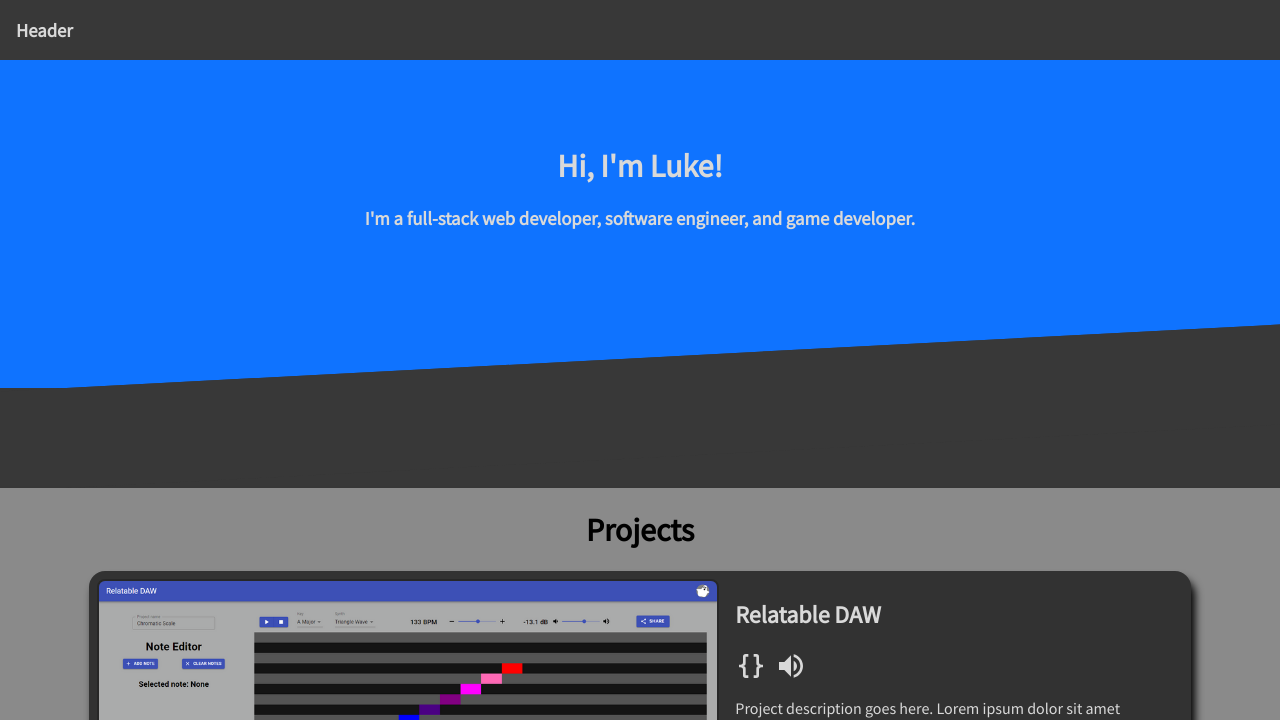
Repository: lbodwell/Personal-Website
Page: index.html
An editor plug-in stored every save of this project. The page is shown before and after the next save, followed by the edit.
The browser window is 1280 px wide. The pictures show the whole page.
An inner scrolling area shows only its first screen.

Above is the page before, as saved 2022-04-04 04:34:18.

### index.html
<!DOCTYPE html>
<html lang="en">
    <head>
        <meta charset="UTF-8">
        <meta http-equiv="X-UA-Compatible" content="IE=edge">
        <meta name="viewport" content="width=device-width, initial-scale=1.0">
        <title>Luke Bodwell</title>
        <script type="text/javascript" src="script.js" defer></script>
        <link rel="stylesheet" href="styles.css">
    </head>
    <body>
        <header>
            <h3>Header</h3>
        </header>
        <content>
            <div class="intro">
                <h1>Hi, I'm Luke!</h1>
                <h3>I'm a full-stack web developer, software engineer, and game developer.</h3>
            </div>

            <div class="projects-container">
                <h1>Projects</h1>
                <div class="projects">
                    <div class="project project-img-left">
                        <div class="project-image">
                            <img src="images/relatable-daw.png"></img>
                        </div>
                        <div class="project-info">
                            <div class="project-title">
                                <h2>Relatable DAW</h2>
                                <div class="project-types">
                                    <!-- Code icon -->
                                    <svg style="width:32px;height:32px" viewBox="0 0 24 24">
                                        <path fill="currentColor" d="M8,3A2,2 0 0,0 6,5V9A2,2 0 0,1 4,11H3V13H4A2,2 0 0,1 6,15V19A2,2 0 0,0 8,21H10V19H8V14A2,2 0 0,0 6,12A2,2 0 0,0 8,10V5H10V3M16,3A2,2 0 0,1 18,5V9A2,2 0 0,0 20,11H21V13H20A2,2 0 0,0 18,15V19A2,2 0 0,1 16,21H14V19H16V14A2,2 0 0,1 18,12A2,2 0 0,1 16,10V5H14V3H16Z" />
                                    </svg>
                                    <!-- Audio icon -->
                                    <svg style="width:32px;height:32px" viewBox="0 0 24 24">
                                        <path fill="currentColor" d="M14,3.23V5.29C16.89,6.15 19,8.83 19,12C19,15.17 16.89,17.84 14,18.7V20.77C18,19.86 21,16.28 21,12C21,7.72 18,4.14 14,3.23M16.5,12C16.5,10.23 15.5,8.71 14,7.97V16C15.5,15.29 16.5,13.76 16.5,12M3,9V15H7L12,20V4L7,9H3Z" />
                                    </svg>
                                </div>
                            </div>
                            <p>Project description goes here. Lorem ipsum dolor sit amet consectetur adipisicing elit. Maxime mollitia,
                                molestiae quas vel sint commodi repudiandae consequuntur voluptatum laborum
                                numquam blanditiis harum quisquam eius sed odit fugiat iusto fuga praesentium
                                optio, eaque rerum! Provident similique accusantium nemo autem.</p>
                            <div class="project-links">
                                <a class="btn" id="btn-demo-proj1" href="https://relatable-daw.com" target="_blank">Live Demo</a>
                                <a class="btn" id="btn-video-proj1" href="https://drive.google.com/file/d/1R21yoplPYTj6aw2hVH3COGZ260A-Z0TO/view" target="_blank">Video</a>
                                <a class="btn" id="btn-code-proj1" href="https://github.com/lbodwell/Relatable-DAW" target="_blank">Code</a>
                            </div>
                        </div>
                    </div>
                    <div class="project project-img-right">
                        <div class="project-info">
                            <div class="project-title">
                                <h2>GeoBlade</h2>
                                <div class="project-types">
                                    <!-- Code icon -->
                                    <svg style="width:32px;height:32px" viewBox="0 0 24 24">
                                        <path fill="currentColor" d="M8,3A2,2 0 0,0 6,5V9A2,2 0 0,1 4,11H3V13H4A2,2 0 0,1 6,15V19A2,2 0 0,0 8,21H10V19H8V14A2,2 0 0,0 6,12A2,2 0 0,0 8,10V5H10V3M16,3A2,2 0 0,1 18,5V9A2,2 0 0,0 20,11H21V13H20A2,2 0 0,0 18,15V19A2,2 0 0,1 16,21H14V19H16V14A2,2 0 0,1 18,12A2,2 0 0,1 16,10V5H14V3H16Z" />
                                    </svg>
                                    <!-- Game icon -->
                                    <svg style="width:32px;height:32px" viewBox="0 0 24 24">
                                        <path fill="currentColor" d="M7.97,16L5,19C4.67,19.3 4.23,19.5 3.75,19.5A1.75,1.75 0 0,1 2,17.75V17.5L3,10.12C3.21,7.81 5.14,6 7.5,6H16.5C18.86,6 20.79,7.81 21,10.12L22,17.5V17.75A1.75,1.75 0 0,1 20.25,19.5C19.77,19.5 19.33,19.3 19,19L16.03,16H7.97M7,8V10H5V11H7V13H8V11H10V10H8V8H7M16.5,8A0.75,0.75 0 0,0 15.75,8.75A0.75,0.75 0 0,0 16.5,9.5A0.75,0.75 0 0,0 17.25,8.75A0.75,0.75 0 0,0 16.5,8M14.75,9.75A0.75,0.75 0 0,0 14,10.5A0.75,0.75 0 0,0 14.75,11.25A0.75,0.75 0 0,0 15.5,10.5A0.75,0.75 0 0,0 14.75,9.75M18.25,9.75A0.75,0.75 0 0,0 17.5,10.5A0.75,0.75 0 0,0 18.25,11.25A0.75,0.75 0 0,0 19,10.5A0.75,0.75 0 0,0 18.25,9.75M16.5,11.5A0.75,0.75 0 0,0 15.75,12.25A0.75,0.75 0 0,0 16.5,13A0.75,0.75 0 0,0 17.25,12.25A0.75,0.75 0 0,0 16.5,11.5Z" />
                                    </svg>
                                    <!-- Audio icon -->
                                    <svg style="width:32px;height:32px" viewBox="0 0 24 24">
                                        <path fill="currentColor" d="M14,3.23V5.29C16.89,6.15 19,8.83 19,12C19,15.17 16.89,17.84 14,18.7V20.77C18,19.86 21,16.28 21,12C21,7.72 18,4.14 14,3.23M16.5,12C16.5,10.23 15.5,8.71 14,7.97V16C15.5,15.29 16.5,13.76 16.5,12M3,9V15H7L12,20V4L7,9H3Z" />
                                    </svg>
                                </div>
                            </div>
                            <p>Project description goes here. Lorem ipsum dolor sit amet consectetur adipisicing elit. Maxime mollitia,
                                molestiae quas vel sint commodi repudiandae consequuntur voluptatum laborum
                                numquam blanditiis harum quisquam eius sed odit fugiat iusto fuga praesentium
                                optio, eaque rerum! Provident similique accusantium nemo autem.</h>
                            <div class="project-links">
                                <button id="btn-download-proj2">Download</button>
                                <button id="btn-video-proj2">Video</button>
                                <button id="btn-code-proj2">Code</button>
                            </div>
                        </div>
                        <div class="project-image">
                            <img src="images/relatable-daw.png"></img>
                        </div>
                    </div>
                    <div class="project project-img-left">
                        <div class="project-image">
                            <img src="images/relatable-daw.png"></img>
                        </div>
                        <div class="project-info">
                            <div class="project-title">
                                <h2>Example project 3</h2>
                                <div class="project-types">
                                    <!-- Code icon -->
                                    <svg style="width:32px;height:32px" viewBox="0 0 24 24">
                                        <path fill="currentColor" d="M8,3A2,2 0 0,0 6,5V9A2,2 0 0,1 4,11H3V13H4A2,2 0 0,1 6,15V19A2,2 0 0,0 8,21H10V19H8V14A2,2 0 0,0 6,12A2,2 0 0,0 8,10V5H10V3M16,3A2,2 0 0,1 18,5V9A2,2 0 0,0 20,11H21V13H20A2,2 0 0,0 18,15V19A2,2 0 0,1 16,21H14V19H16V14A2,2 0 0,1 18,12A2,2 0 0,1 16,10V5H14V3H16Z" />
                                    </svg>
                                </div>
                            </div>
                            <p>Project description goes here. Lorem ipsum dolor sit amet consectetur adipisicing elit. Maxime mollitia,
                                molestiae quas vel sint commodi repudiandae consequuntur voluptatum laborum
                                numquam blanditiis harum quisquam eius sed odit fugiat iusto fuga praesentium
                                optio, eaque rerum! Provident similique accusantium nemo autem.</h>
                            <div class="project-links">
                                <button id="btn-demo-proj3">Live Demo</button>
                                <button id="btn-video-proj3">Video</button>
                                <button id="btn-code-proj3">Code</button>
                            </div>
                        </div>
                    </div>
                </div>
            </div>
            <div class="skills">
                <h1>Skills</h1>
                <div class="skills">
                </div>
            </div>
        </content>
        <footer>
            <h3>Footer</h5>
        </footer>
    </body>
</html>

### script.js
const proj1DemoButton = document.getElementById("btn-demo-proj1");
const proj1VideoButton = document.getElementById("btn-video-proj1");
const proj1CodeButton = document.getElementById("btn-code-proj1");

proj1DemoButton.onclick = () => {
    //window.open("https://relatable-daw.com");
}

### styles.css
@import url("https://fonts.googleapis.com/css2?family=Source+Sans+Pro&display=swap");

html {
    font-family: "Source Sans Pro", sans-serif;
    background-color: #383838;
}

html, body {
    width: 100%;
    height: 100%;
    margin: 0;
    max-width: 100%;
    overflow-x: hidden;
}

h2, h3, h4, h5, h6, p, svg {
    color: rgb(217, 217, 217);
}

header {
    margin-left: 1rem;
}

content {
    display: flex;
    flex-direction: column;
    align-items: center;
}

.intro {
    color: rgb(217, 217, 217);
    position: relative;
    text-align: center;
    background-color: #0f73ff;
    padding: 4rem;
    width: 100%;
    height: 200px;
    margin-bottom: 100px;
}

.intro::before, .intro::after {
    content: "";
    position: absolute;
    height: 100px;
    bottom: -70px;
    right: 0;
    left: 0;
    background: #383838;
    transform: skewY(-3deg);
}

.projects-container {
    text-align: center;
    background-color: rgb(138, 138, 138);
    padding: 0 64rem 2rem 64rem;
    filter: drop-shadow(4px 8px 4px black);
}

.projects {
    display: grid;
    grid-template-columns: 1fr;
}

.project {
    display: flex;
    gap: 16px;
    width: auto;
    height: 300px;
    margin-bottom: 1rem;
    padding: 0.5rem;
    background-color: #323232;
    border-radius: 16px;
    filter: drop-shadow(4px 8px 4px black);
}

.project-info {
    display: flex;
    flex-direction: column;
    width: 28rem;
    border:
}

.project-img-left > .project-info {
    align-items: flex-start;
    text-align: left;
}

.project-img-right > .project-info {
    align-items: flex-end;
    text-align: right;
}

.project-title {
    display: flex;
    flex-direction: column;
}

.project-types {
    display: flex;
    flex-direction: row;
    gap: 8px;
}

.project-img-left .project-types {
    justify-content: flex-start;
}

.project-img-right .project-types {
    justify-content: flex-end;
}

.project-links {
    display: flex;
    flex-direction: row;
    gap: 4px;
}

.btn {
    font-weight: bolder;
    background-color: #0f73ff;
    color: rgb(217, 217, 217);
    border-radius: 8px;
    filter: drop-shadow(2px 4px 2px black);
    padding: 0.25rem 1rem;
    border: none;
    text-decoration: none;
}

.btn:hover {
    background-color: #0c4eac;
    cursor: pointer;
}

.project img {
    width: auto;
    height: 100%;
    border: 2px solid #272727;
    border-radius: 8px;
}

footer {
    margin: 1rem;
}

After the next save:
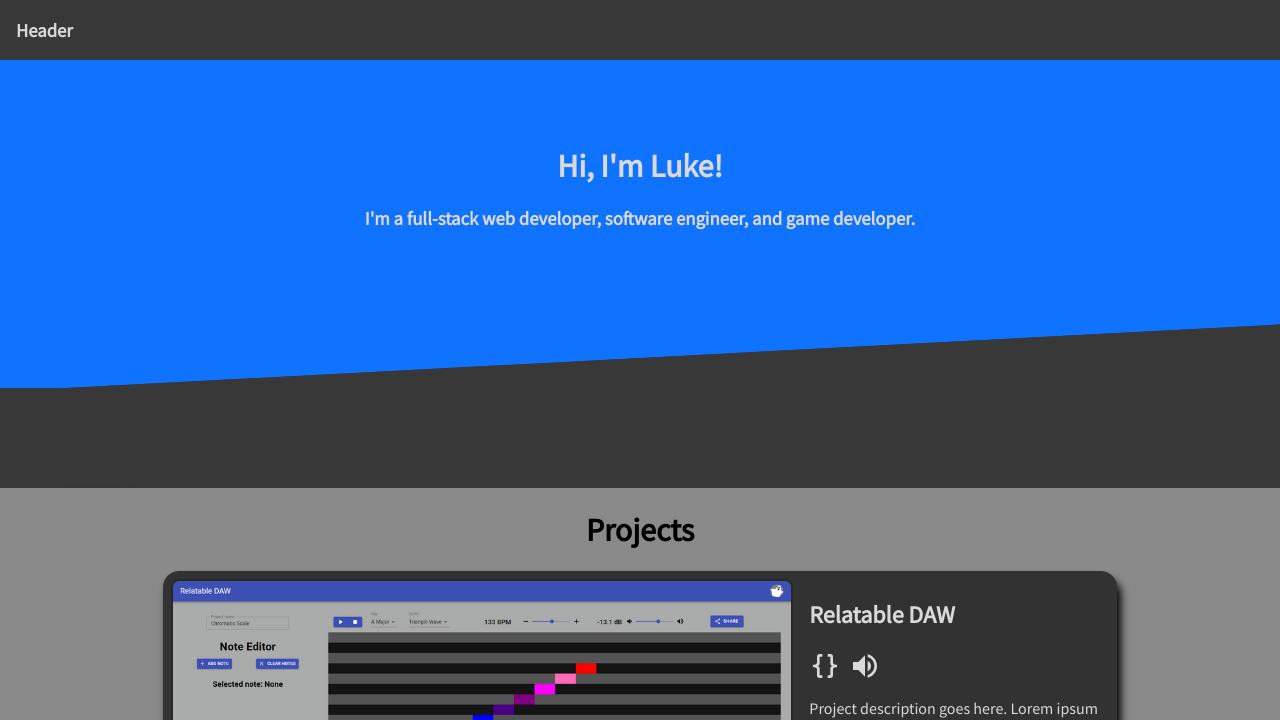
Saved 10 s later.
--- a/styles.css
+++ b/styles.css
@@ -76,7 +76,7 @@ content {
 .project-info {
     display: flex;
     flex-direction: column;
-    width: 28rem;
+    width: 300px;
     border:
 }
 
